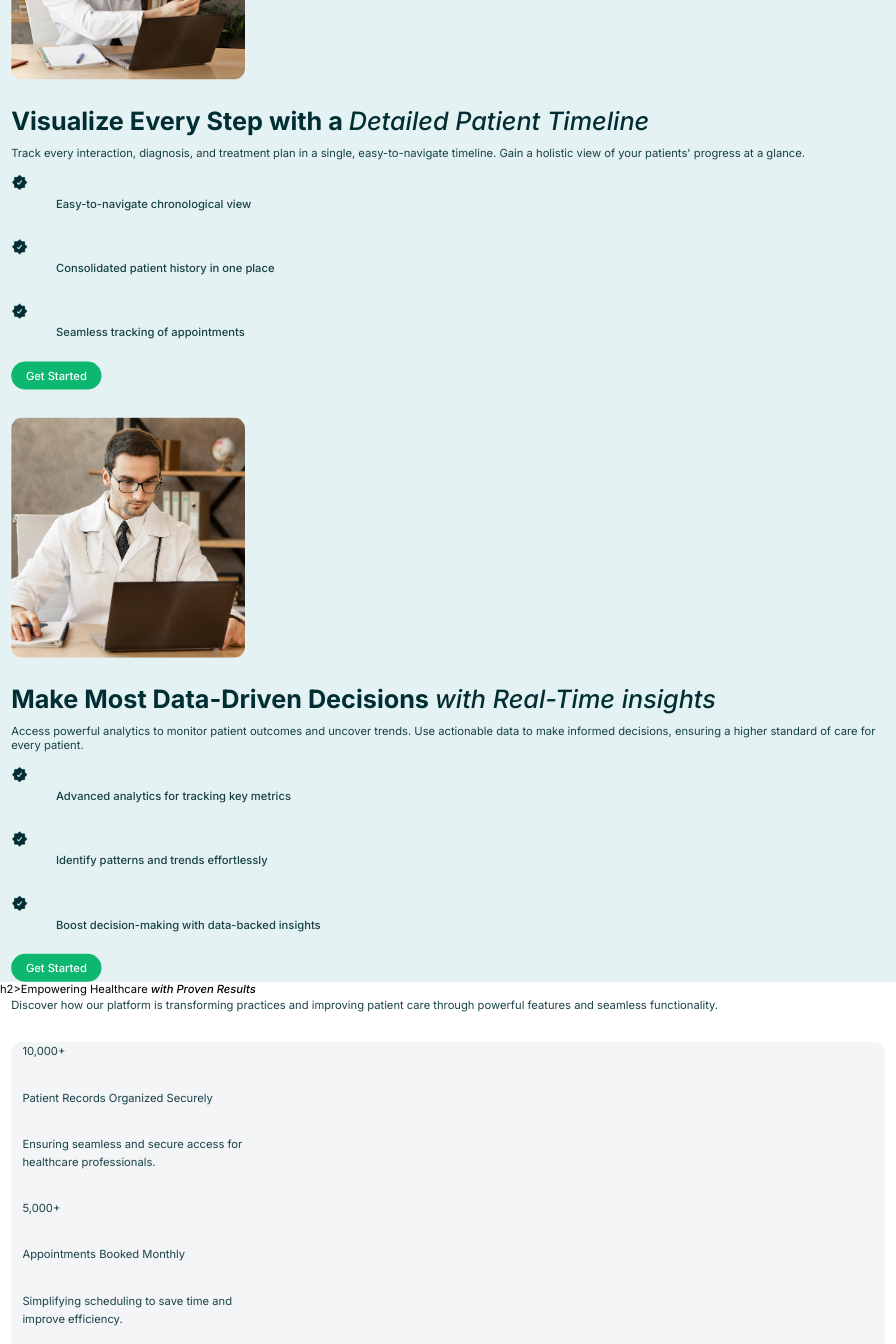
Repository: DiegoWWeege/recuperacao-prova-front-end
Page: index.html
The author's editor kept a copy of each file at every save. The page is drawn from the files as they stood at one save, then again after a run of saves.
The browser window is 1280 px wide. The pictures show the part of the page from y = 1821 to 3741 px (the page is 4206 px tall before and 3356 px after), at 70% of full size.

Above is the page before, as saved 2026-06-22 18:53:20.

### index.html
<!DOCTYPE html>
<html lang="pt-br">
<head>
    <meta charset="UTF-8">
    <meta name="viewport" content="width=device-width, initial-scale=1.0">
    <title>ERTIFY HEALTH</title>
    <link rel="stylesheet" href="style.css">
</head>
<body>

    <!--Cabeçalho da Lading Page-->

    <header>
        <img src="images/logo.png" alt="Ertify Health logo">

        <section>
        <button aria-label = "Get Started" class = "get-started-button">Get Started</button>

            <img src="icons/burguer-menu.png" alt="Burguer menu">
        </section>
    </header>

    <!--Conteúdo principal da Lading Page-->
    <main class = "hero-section">

        <section>
            <h1>Simple & Secure Patient <span>Management</span></h1>
            <!-- Foi dado um espaço na palavra &amp, pois quando junta apresentava erro no html!-->
            <p>CERTIFY’s platform automates intake & amp; check-in processes
            so you can put the focus back on delivering quality care.</p>
        </section>

        <section id = "buttons-section">
            <button  aria-label = "Get Started" class = "get-started-button">Get Started</button>
            <button aria-label = "Play demo" class = "play-demo-button">Play Demo</button>
        </section>

        <img src="images/three-doctors.png" alt="Three doctors">
    </main>



    <section class = "section-patient-journey">
        <h2>Get a Proper Visualisation on <span>Patient Jouney</span></h2>

        <p>Understand and  manage your patients' healthcare journeys with
            clarity and precision. Our platform offers tools that provide
            actionable insights at every stage.</p>


        <section class = "image-text-benefits">

            <img src="images/doctor-xray.png" alt="A doctor sitting in his desk looking at an x-ray">

            <h2>Visualize Every Step with a <span>Detailed Patient Timeline</span></h2>

            <p>Track every interaction, diagnosis, and treatment
                plan in a single, easy-to-navigate
                timeline. Gain a holistic view of your patients'
                progress at a glance.</p>

            <section class = "benefits-grid">

                <img src="icons/checkmark-badge-02.png" alt="">
                <p class = "benefit">Easy-to-navigate chronological view</p>

                <img src="icons/checkmark-badge-02.png" alt="">
                <p class = "benefit">Consolidated patient history in one place</p>

                <img src="icons/checkmark-badge-02.png" alt="">
                <p class = "benefit">Seamless tracking of appointments</p>

            </section>

            <button  aria-label = "Get Started" class = "get-started-button">Get Started</button>

        </section>

        <section class = "image-text-benefits">

            <img src="images/doctor-laptop.png" alt="A doctor sitting in his desk looking at an x-ray">

            <h2>Make Most Data-Driven Decisions <span>with Real-Time insights</span></h2>

            <p>Access powerful analytics to monitor patient outcomes
                and uncover trends. Use actionable data
                 to make informed decisions, ensuring a higher standard
                 of care for every patient.</p>

            <section class = "benefits-grid">

                <img src="icons/checkmark-badge-02.png" alt="">
                <p class = "benefit">Advanced analytics for tracking key metrics</p>

                <img src="icons/checkmark-badge-02.png" alt="">
                <p class = "benefit">Identify patterns and trends effortlessly</p>

                <img src="icons/checkmark-badge-02.png" alt="">
                <p class = "benefit">Boost decision-making with data-backed insights</p>

            </section>

            <button  aria-label = "Get Started" class = "get-started-button">Get Started</button>

        </section>

    </section>

    <section class = "section-empowering-healthcare">
        <section class = "main-text">
            h2>Empowering Healthcare<span> with Proven Results</span></h2>

        <p>Discover how our platform is transforming practices and improving
            patient care through powerful features and seamless functionality.</p>
        </section>

        <section class = "boxes-grid">
            <section class = "first-box">
                <p>10,000+</p>
                <p>Patient Records Organized Securely</p>

                <p>Ensuring seamless and secure access for healthcare professionals.</p>
            </section>

            <section class = "second-box">
                <p>5,000+</p>
                <p>Appointments Booked Monthly</p>

                <p>Simplifying scheduling to save time and improve efficiency.</p>
            </section>

            <section class = "third-box">
                <p>95%</p>
                <p>Satisfaction Rate from Users</p>

                <p>Trusted by healthcare providers for its user-friendly design and features.</p>
            </section>

            <section class = "fourth-box">
                <p>50+</p>
                <p>Clinics Transformed Globally</p>

                <p>Helping healthcare sectors operate at their best.</p>
            </section>
        </section>

    </section>
</body>
</html>

### style.css
@import url('https://fonts.googleapis.com/css2?family=Inter:ital,opsz,wght@0,14..32,100..900;1,14..32,100..900&family=Roboto:ital,wght@0,100..900;1,100..900&display=swap');

*{
    margin: 0px;
    padding: 0px;
    font-family: 'Inter', sans-serif;
}

img{
    object-fit: cover;
}

header{
    background-color: #012E33;
    width: 100vw;
    border-bottom: 1px solid #1A4347;
    display: grid;
    grid-template-columns: 1fr auto;
    align-items: center;
    padding: 1rem;
    box-sizing: border-box;
}

.get-started-button{
    background-color: #0EB770;
    color: white;
    font-size: 1rem;
    font-weight: 500;
    border-radius: 100px;
    height: 2.5rem;
    width: 8.063rem;
    border-style: none;
    justify-self: end;

}

header section{
    display: grid;
    grid-template-columns:auto auto;
    align-items: center;
    gap: 1rem;
}

.hero-section{
    background-color: #012E33;
    padding-top: 4.313rem;
    box-sizing: border-box;
}

.hero-section h1{
    font-family: "Inter" , sans-serif;
    font-size: 2.75rem;
    font-weight: 700;
    color: white;
    margin-bottom: 0.75rem;
    margin-left: 1.375rem;
    margin-right: 0.625rem;

}

.hero-section span{
    font-weight: 400;
    font-family: "Inter" , sans-serif;
    font-style: italic;
}

.hero-section p{
    color: rgba(255, 255, 255, 0.904);
    line-height: 1.625rem;
    margin-bottom: 4.313rem;
    margin-left: 1.375rem;
    margin-right: 0.625rem;
}

.hero-section #buttons-section button{
    width: 21.438rem;
    height: 3.5rem;
    margin-left: 1.375rem;
    margin-right: 0.625rem;
}

.hero-section #buttons-section .get-started-button{
    margin-bottom: 1rem;
}

.hero-section #buttons-section .play-demo-button{
    border: 1px solid #044046;
    border-radius: 100px;
    background: none;
    color: white;
    align-items: center;
    font-weight: 500;
    font-size: 16px;
}

.hero-section img{
    width: 100vw;
    margin-top: 2rem;
}

.section-patient-journey{
    background-color: #E4F2F3;
    padding-left: 1rem;
    padding-right: 1rem;
    padding-top: 3.75rem;
}

.section-patient-journey h2{
    font-family: "Inter" , sans-serif;
    font-weight: 700;
    font-size: 36px;
    line-height: 46px;
    color: #012E33;
    text-align: center;
}

.section-patient-journey span{
    font-weight: 500;
    font-style: italic;
}

.section-patient-journey p{
    color: #012e33e7;
    font-weight: 400;
    text-align: center;
    margin-top: 0.75rem;
}

.section-patient-journey img{
    height: 21.438rem;
    width: 20.875rem;
    border-radius: 1rem;
    margin-top: 2.5rem;
    margin-bottom: 2rem;
}

.section-patient-journey .image-text-benefits h2{
    text-align: start;
}

.section-patient-journey .image-text-benefits p{
    text-align:  start;
}

.image-text-benefits .benefits-grid{
    display: grid;
    grid-template-columns: auto 1fr;
    gap: 0.5rem;
    margin-top: 1.313rem;

}

.image-text-benefits .benefits-grid img{
    width: 1.5rem;
    height: 1.5rem;
    margin: 0px;

}

.image-text-benefits .benefits-grid p{
    margin: 0px;
    align-self: center;
    font-weight: 500;
    margin: 2rem;
}

.section-empowering-healthcare .main-text h1{
    margin-top: 3.75rem;
    margin-left: 1rem;
    margin-bottom: 0,75rem;
    font-family: "Inter" , sans-serif;
    font-weight: 700;
    line-height: 46px;
    font-size: 36px;
    color: #012E33;
}

.section-empowering-healthcare .main-text span{
    font-weight: 500;
    font-style: italic;
}

.section-empowering-healthcare p{
    margin-left: 1rem;
    font-family: "Inter" , sans-serif;
    font-weight: 400;
    font-size: 16px;
    line-height: 26px;
    color: #012E33E5;
    margin-bottom: 2.5rem;

}
.section-empowering-healthcare .boxes-grid{
    display: grid;
    grid-template-columns: 21.438rem;
    background-color: #F3F5F7;
    border-radius: 16px;
    margin-left: 1rem;
    margin-right: 1rem;


}

After the next 2 saves:
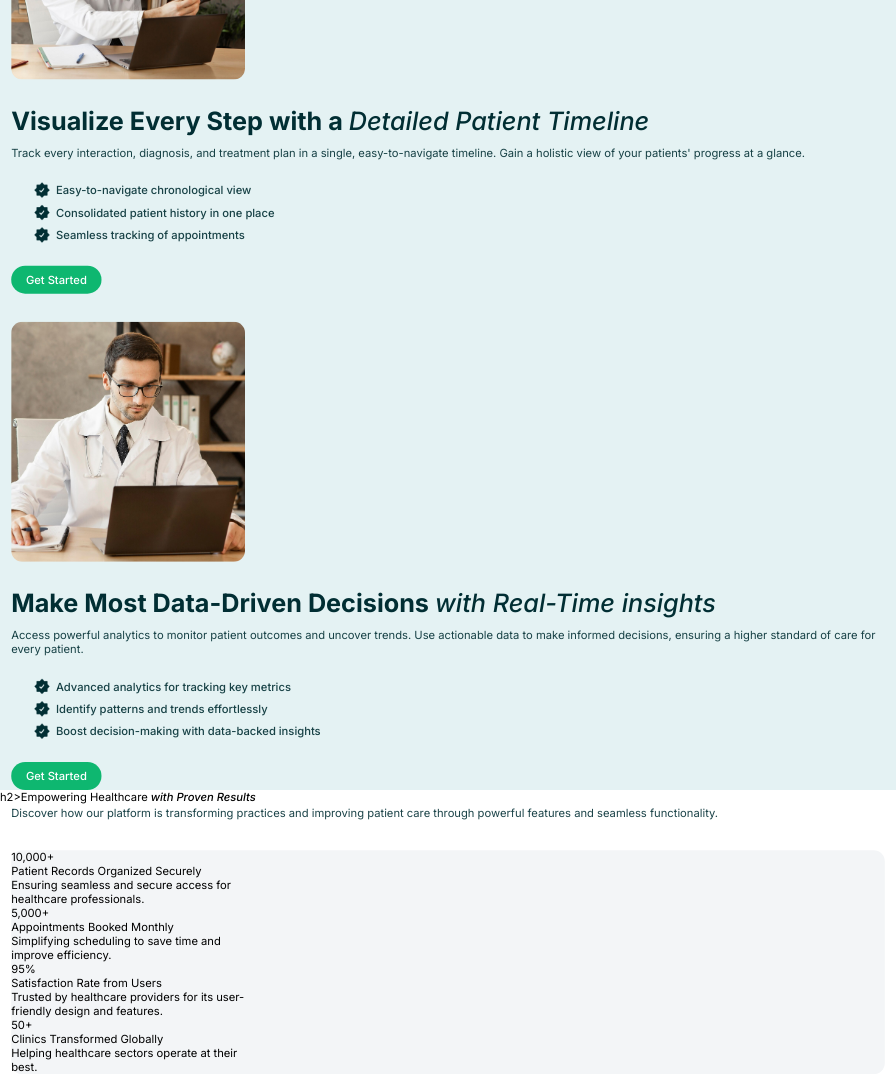
The 2 saves are shown as one change because they came seconds apart.
The last was saved 10 s later.
--- a/style.css
+++ b/style.css
@@ -147,7 +147,7 @@ header section{
     grid-template-columns: auto 1fr;
     gap: 0.5rem;
     margin-top: 1.313rem;
-
+     margin: 2rem;
 }
 
 .image-text-benefits .benefits-grid img{
@@ -161,7 +161,7 @@ header section{
     margin: 0px;
     align-self: center;
     font-weight: 500;
-    margin: 2rem;
+
 }
 
 .section-empowering-healthcare .main-text h1{
@@ -180,7 +180,7 @@ header section{
     font-style: italic;
 }
 
-.section-empowering-healthcare p{
+.section-empowering-healthcare .main-text p{
     margin-left: 1rem;
     font-family: "Inter" , sans-serif;
     font-weight: 400;
